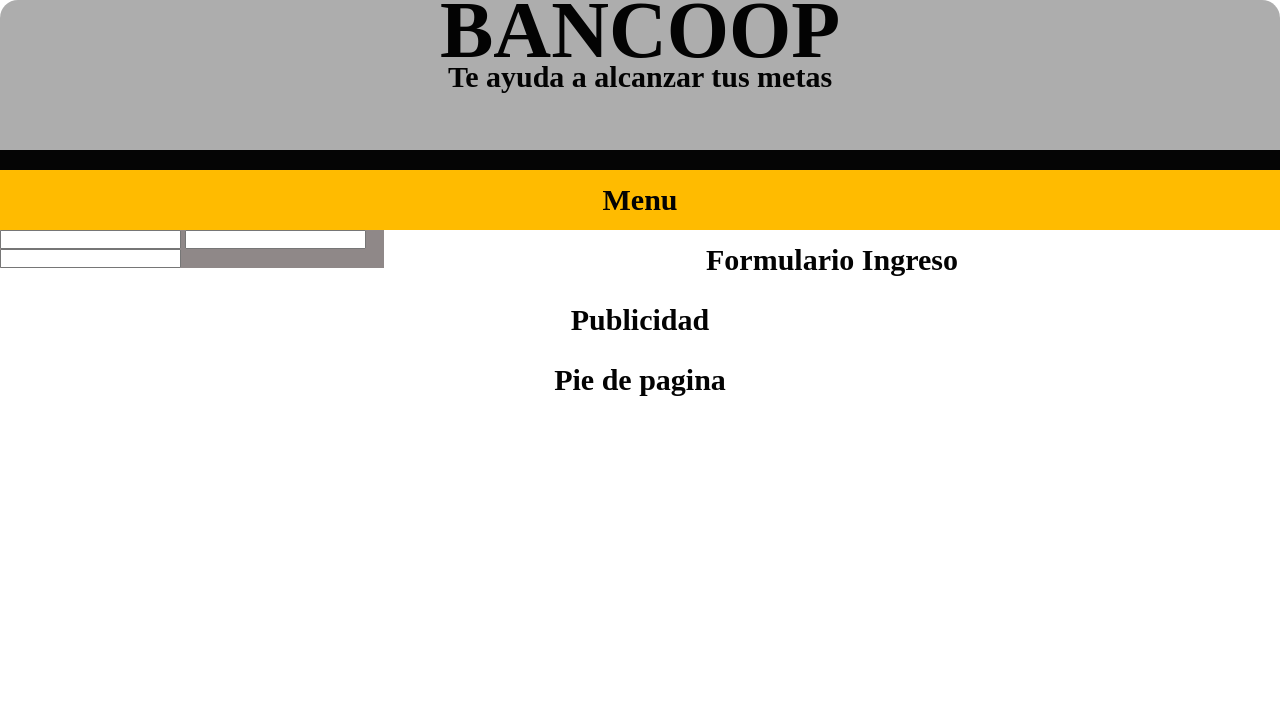
Repository: NickArregoces/BANCOOP
Page: Index.html
An editor plug-in stored every save of this project. The page is shown before and after the next save, followed by the edit.
The browser window is 1280 px wide. The pictures show the whole page.

Above is the page before, as saved 2021-09-29 16:04:14.

### Index.html
<!DOCTYPE html>
<html lang="en">
<head>
    <meta charset="UTF-8">
    <meta http-equiv="X-UA-Compatible" content="IE=edge">
    <meta name="viewport" content="width=device-width, initial-scale=1.0">
    <title>BANCOOP Home</title>
    <link rel="stylesheet" href="/CSS/Style.css">
</head>
<body>
    <div id="contenido">
        <header>
            <h1>BANCOOP</h1>
            <h3>Te ayuda a alcanzar tus metas</h3>
        </header>
        <nav class="barra">

        </nav>
        <nav class="Menu">
            <h2>Menu</h2>
        </main>

        <div id="form">
            <form class="Formulario">
                <input type="text" name="Cuenta">
                <input type="text" name="Tipo">
                <input type="password" name="clave">
            </form>

                <section  id="Contenido">
                    <article>
                        <h2>Formulario Ingreso</h2>
                    </article>
                        </section>

                            <aside>
                                <h2>Publicidad</h2>
                            </aside>

                                <footer>
                                    <h2>Pie de pagina</h2>
                                </footer>

        </div>
    </div>


</body>
</html>

### CSS/Style.css

*{
    margin: 0px;
    padding: 0px;
}
body{
    background: rgb(255, 255, 255);
    color: rgb(3, 3, 3);
}
header{
    width: 100%;
    margin: auto;
    background: rgb(173, 173, 173);
    border-top-left-radius:  18px;
    border-top-right-radius:  18px;
    height: 150px;
}
    header h1{
        font-size: 80px;
        text-align: center;
        line-height: 60px;

    }
    header h3{
        font-size: 30px;
        text-align: center;

}
nav.barra{
    background: rgb(5, 5, 5);
    height: 20px;
}

nav.Menu{
    background: rgb(255, 187, 0);
    height: 60px;
}
    nav.Menu h2{
        font-size: 30px;
        text-align: center;
        line-height: 60px;
}
form{
    background: rgb(143, 136, 136);
    float: left;
    width: 30%;

article {
    width: 35%;
    height: 250px;
    float: left;
    background: rgb(0, 255, 55);
    margin-top: 10px;
    margin-right:10px;
    margin-bottom: 10px;
}
article h2{
    font-size: 30px;
    text-align: center;
    line-height: 40px;

}
aside{
    width: 60%;
    height: 300px;
    background: blueviolet;
    margin-top: 10px;
    float: right;
    margin-bottom: 10px;
}
aside h2{
    font-size: 30px;
    text-align: center;
    line-height: 40px;
}
footer{
    background: black;
    clear: both;
    border-radius: 10px;
}
footer h2{
    font-size: 30px;
    text-align: center;
    line-height: 40px;
    color: white;
    font-style:italic;

}

After the next save:
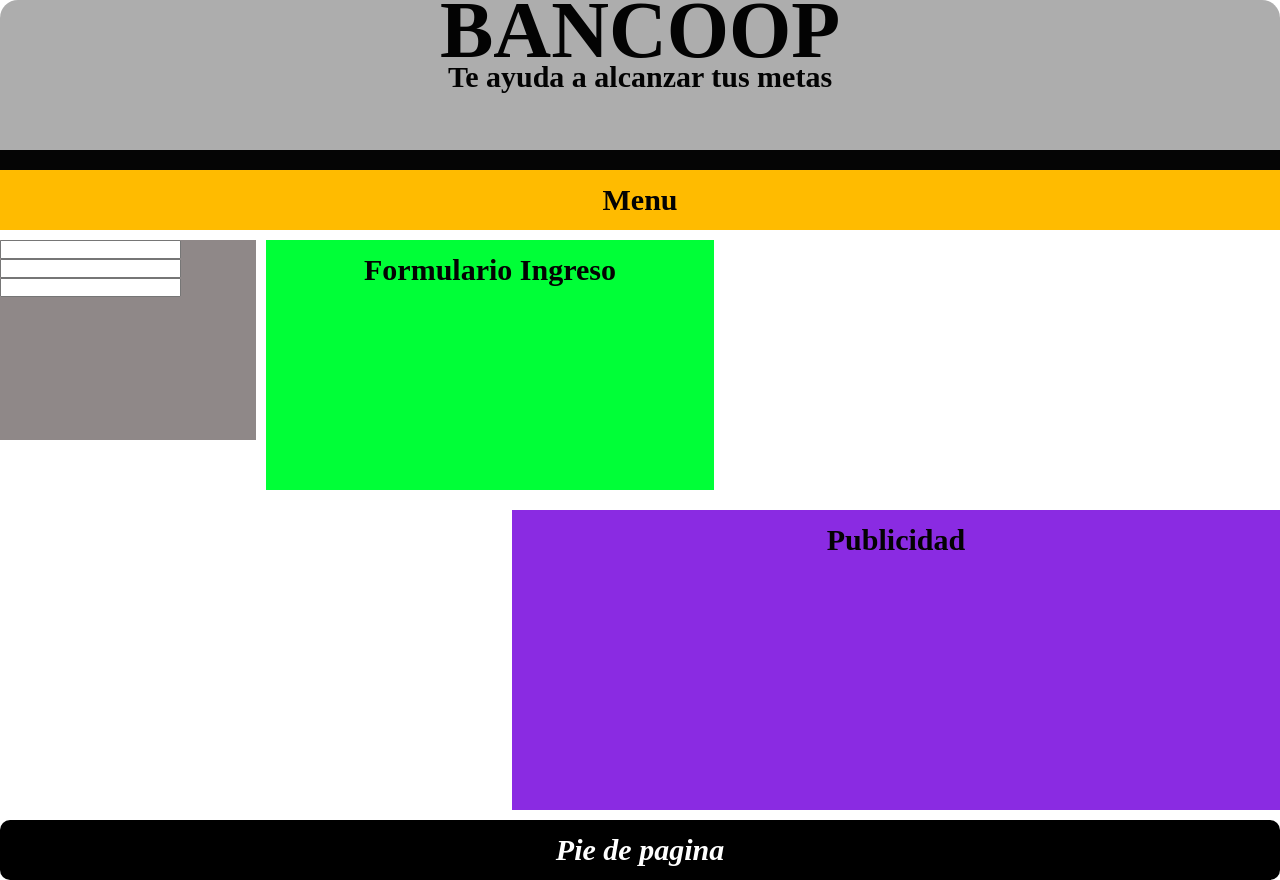
Saved 5 s later.
--- a/CSS/Style.css
+++ b/CSS/Style.css
@@ -43,8 +43,12 @@ nav.Menu{
 form{
     background: rgb(143, 136, 136);
     float: left;
-    width: 30%;
-
+    width: 20%;
+    height: 200px;
+    margin-top: 10px;
+    margin-right:10px;
+    margin-bottom: 10px;
+}
 article {
     width: 35%;
     height: 250px;
